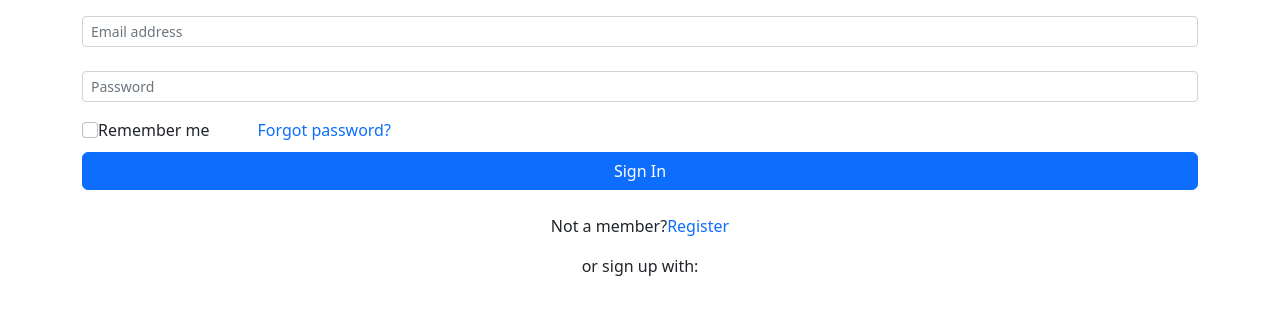
Repository: NPhanA/React2022
Page: / (app in Day 03-React/exercise/)
The author's editor kept a copy of each file at every save. The page is drawn from the files as they stood at one save, then again after the next save.
The browser window is 1280 px wide. The pictures show the whole page.
The project was rebuilt for these pictures with package versions that can differ from the ones it lists, and the page was loaded fresh each time. Also part of the build but not shown: Day 03-React/exercise/src/App.css, Day 03-React/exercise/src/App.js, Day 03-React/exercise/src/Components/UserAgent.js, Day 03-React/exercise/src/Components/ProfileCard.js.

Above is the page before, as saved 2022-07-26 22:37:32.

After the next save:
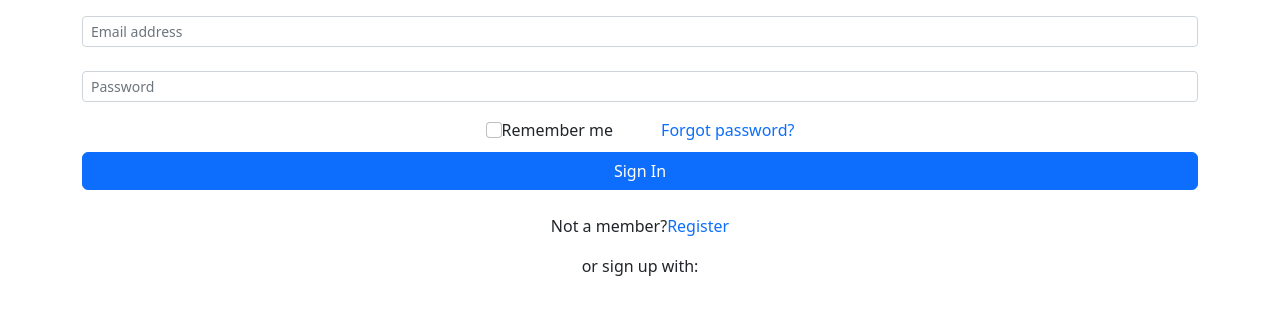
Saved 9 s later.
--- a/Day 03-React/exercise/src/Components/SignInForm.js
+++ b/Day 03-React/exercise/src/Components/SignInForm.js
@@ -8,7 +8,7 @@ function SignInForm() {
                         <input type="email" className="form-control form-control-sm mt-3 mb-4" placeholder="Email address" required></input>
                         <input type="password" className="form-control form-control-sm" placeholder="Password" required></input>
                     </div>
-                    <div class="form-check mt-3 d-flex  ">
+                    <div class="form-check mt-3 d-flex justify-content-center ">
                         <input className="form-check-input" type="checkbox" value="" id="flexCheckDefault"></input>
                         <label class="form-check-label" for="flexCheckDefault">
                             Remember me
